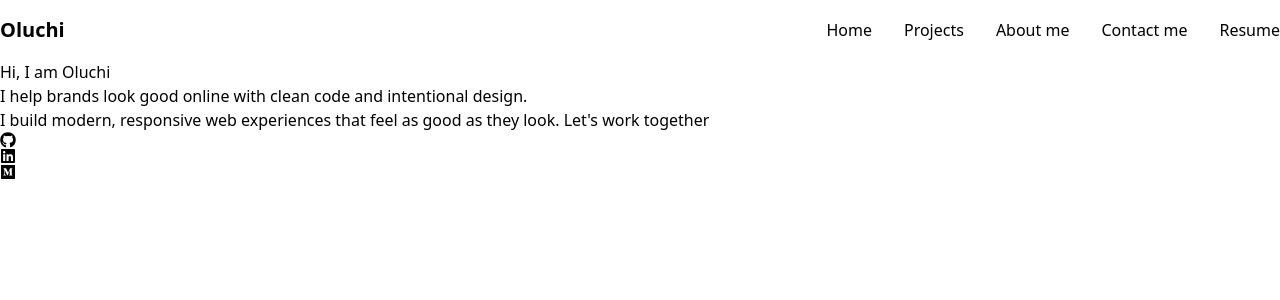
Repository: ooluchi/portfolio_
Page: / (app in my-react-app/)
These files come from the project's save history. The page is drawn as it stood at one moment and after the next save; the edit follows.
The browser window is 1280 px wide. The pictures show the whole page.
The project was rebuilt for these pictures with package versions that can differ from the ones it lists, and the page was loaded fresh each time. Also part of the build but not shown: my-react-app/vite.config.ts.

Above is the page before, as saved 2025-11-19 14:24:42.

### my-react-app/src/index.css
@import url("https://fonts.googleapis.com/css2?family=Kumbh+Sans:wght@100;200;300;400;500;600;700;800;900&display=swap");

@tailwind base;
@tailwind components;
@tailwind utilities;

* {
    margin: 0;
    padding: 0;
    box-sizing: border-box;
  }

### my-react-app/src/App.tsx


import './index.css'
import Home from './components/Home'
import NavBar from './components/NavBar'

export default function App() {

  return (
    <div className='dark'>
    <NavBar />
    <Home />
    </div>
  )
}

### my-react-app/src/components/Home.tsx
import { FaGithub, FaLinkedin, FaMedium } from "react-icons/fa";

import "../index.css";


export default function Home() {
  return (
    <div>

      <div>
        <h3>Hi, I am Oluchi</h3>
        <p>I help brands look good online with clean code and intentional design.</p>
        <p>I build modern, responsive web experiences that feel as good as they look. Let's work together</p>
      </div>
      <div>
        <a
          href="https://github.com/ooluchi"
          target="_blank"
          rel="noreferrer"
          aria-label="GitHub"
        >
          <FaGithub/>
        </a>
        <a
          href="https://github.com/ooluchi"
          target="_blank"
          rel="noreferrer"
          aria-label="LinkedIn"
        >
        <FaLinkedin />
        </a>

        <a
          href="https://medium.com/@ooluchiokoro"
          target="_blank"
          rel="noreferrer"
          aria-label="Medium"
        >
          <FaMedium />
        </a>

      </div>
    </div>
  )
}

### my-react-app/src/components/NavBar.tsx
import { useState } from "react";
import { RxHamburgerMenu } from "react-icons/rx";
import "../index.css";





export default function NavBar() {

  const [isOpen, setIsOpen] = useState(false);

  return (
    <nav>
      <div className="flex justify-between items-center py-4 ">
        <h1 className="font-bold text-xl">Oluchi</h1>
        <div className="">
          <div className="lg:hidden">
            <button
              onClick={() => setIsOpen(!isOpen)}
              className="lg:hidden"
              aria-label={isOpen ? "Close menu" : "Open menu"}>
              <RxHamburgerMenu
                className={`h-3 w-3 ${isOpen ? "hidden" : "block"}`}
              />
              <p className={`h-3 w-3 ${isOpen ? "block" : "hidden"}`}>X</p>
            </button>
          </div>
          <div className={`w-full ${isOpen ? "block" : "hidden"} lg:block`}>
            <ul className={`flex flex-col gap-4 ${isOpen ? "block" : "hidden"} lg:flex lg:flex-row lg:gap-8 lg:static`}>
              <li className=""><a href="#">Home</a></li>
              <li className=""><a href="#">Projects</a></li>
              <li className=""><a href="#">About me</a></li>
              <li className=""><a href="#">Contact me</a></li>
              <li className=""><a href="#">Resume</a></li>
            </ul>
          </div>

        </div>


      </div>

    </nav>
  )
}

Loaded but not shown: my-react-app/index.html (common file); my-react-app/src/main.tsx (common file); my-react-app/tailwind.config.js (common file)

After the next save:
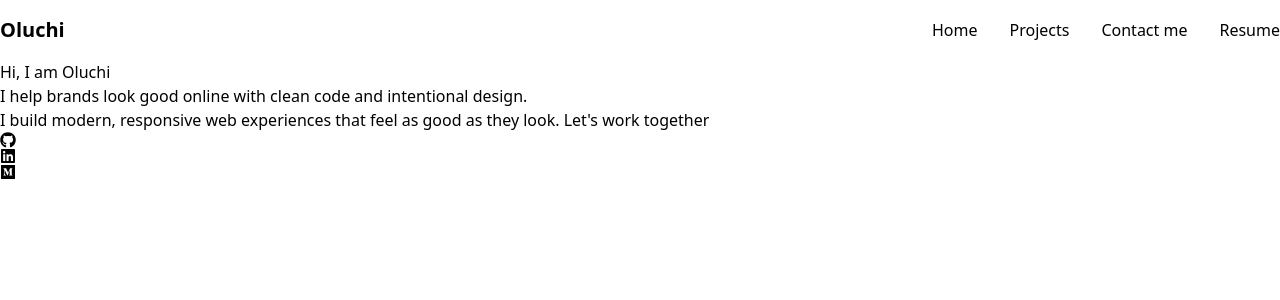
Saved 6 min 17 s later.
--- a/my-react-app/src/components/NavBar.tsx
+++ b/my-react-app/src/components/NavBar.tsx
@@ -30,7 +30,6 @@
             <ul className={`flex flex-col gap-4 ${isOpen ? "block" : "hidden"} lg:flex lg:flex-row lg:gap-8 lg:static`}>
               <li className=""><a href="#">Home</a></li>
               <li className=""><a href="#">Projects</a></li>
-              <li className=""><a href="#">About me</a></li>
               <li className=""><a href="#">Contact me</a></li>
               <li className=""><a href="#">Resume</a></li>
             </ul>
